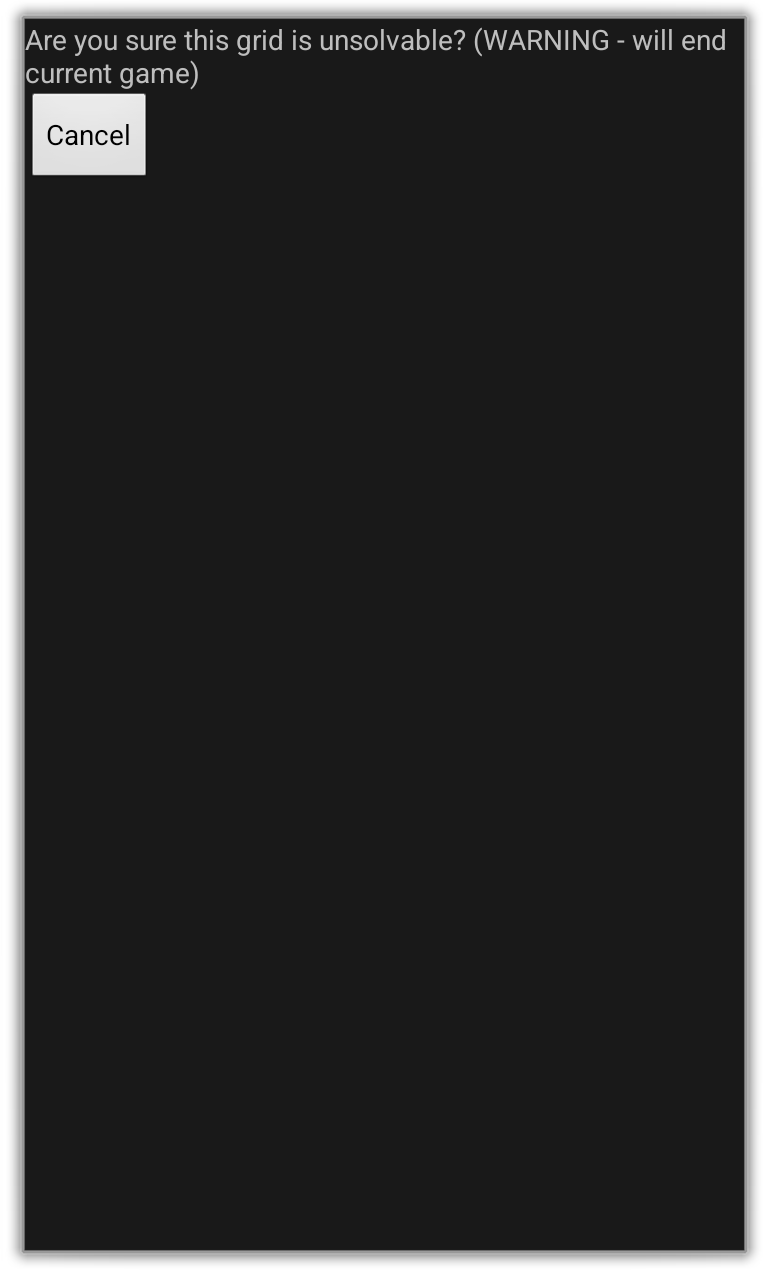
Repository: rickydalziel/project
Layout: Numbersorter/res/layout/activity_unsolve_dialog.xml
These files come from the project's save history. The layout is drawn as it stood at one moment and after the next save; the edit follows.
It is drawn on a 768 x 1280 px phone screen (xhdpi) without system bars, with theme android:Theme.Dialog; the app's code is not run.

Above is the layout before, as saved 2013-03-07 13:48:04.

### Numbersorter/res/layout/activity_unsolve_dialog.xml
<?xml version="1.0" encoding="utf-8"?>
<RelativeLayout xmlns:android="http://schemas.android.com/apk/res/android"
    android:layout_width="match_parent"
    android:layout_height="match_parent" >

    <TextView
        	android:id="@+id/unsolveabletext"
	        android:layout_width="fill_parent"
	        android:layout_height="wrap_content"
	        android:layout_gravity="center"
	        android:text="@string/unsolveable" />

    <Button
	           android:id="@+id/unsolve_yes_button"
	           android:layout_below="@id/unsolveabletext"
	           android:layout_toLeftOf="@+id/unsolve_cancel_button"
	           android:layout_width="wrap_content"
	           android:layout_height="wrap_content"
	           android:text="@string/yes"
	           android:onClick="yesPressed"/>

   <Button
	           android:id="@+id/unsolve_cancel_button"
	           android:layout_below="@id/unsolveabletext"
	           android:layout_width="wrap_content"
	           android:layout_height="wrap_content"
	           android:text="@string/cancel"
	           android:onClick="cancelPressed"  />

</RelativeLayout>

### Numbersorter/res/values/strings.xml
<?xml version="1.0" encoding="utf-8"?>
<resources>

    <!-- Main menu strings -->

    <string name="app_name">Numbersorter</string>
    <string name="main_menu">Main Menu</string>
    <string name="menu_settings">Settings</string>
    <string name="title_activity_main">Number Sorter</string>
    <string name="new_game">New Game</string>
    <string name="continue_game">Continue</string>
    <string name="about">About</string>
    <string name="exit_game">Exit</string>

    <!-- About scree strings -->

    <string name="about_app">About Numbersorter</string>
    <string name="about_text">	    Numbersorter is a program written and desgned by Ricky Dalziel, for his 4th year honours project.
	    The aim of the game is to swipe a mxn grid of numbers into position so that they read from 1 - (m*n).
	</string>
    <string name="hello_world">Hello world!</string>
    <string name="title_activity_about">AboutActivity</string>

    <!-- New game dialog strings -->

    <string name="newgametext">Please select a board width and height</string>
    <string name="height">Height</string>
    <string name="width">Width</string>
    <string name="cancel">Cancel</string>

    <!-- Array options for the dialog box -->

    <string-array name="size_array">
        <item>3</item>
        <item>4</item>
        <item>5</item>
        <item>6</item>
    </string-array>

    <string name="title_activity_game">Game</string>
    <string name="title_activity_unsolve_dialog">Unsolveable?</string>
    <string name="unsolveable">Are you sure this grid is unsolvable? (WARNING -  will end current game)</string>
    <string name="yes">Yes</string>
    <string name="no">No</string>

</resources>

After the next save:
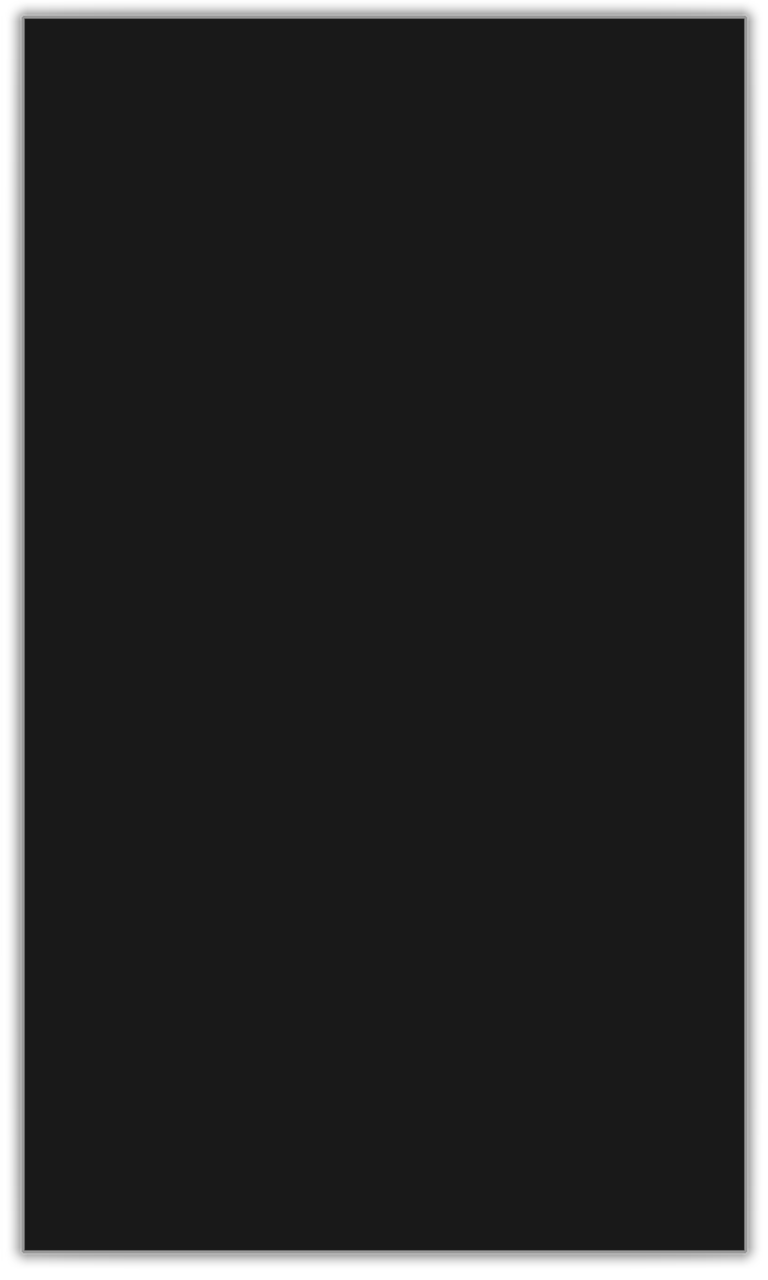
Saved 54 s later.
--- a/Numbersorter/res/layout/activity_unsolve_dialog.xml
+++ b/Numbersorter/res/layout/activity_unsolve_dialog.xml
@@ -13,7 +13,7 @@
     <Button
 	           android:id="@+id/unsolve_yes_button"
 	           android:layout_below="@id/unsolveabletext"
-	           android:layout_toLeftOf="@+id/unsolve_cancel_button"
+	           android:layout_toLeftOf="@id/unsolve_cancel_button"
 	           android:layout_width="wrap_content"
 	           android:layout_height="wrap_content"
 	           android:text="@string/yes"
@@ -22,6 +22,7 @@
    <Button
 	           android:id="@+id/unsolve_cancel_button"
 	           android:layout_below="@id/unsolveabletext"
+	           android:layout_toRightOf="@id/unsolve_yes_button"
 	           android:layout_width="wrap_content"
 	           android:layout_height="wrap_content"
 	           android:text="@string/cancel"
